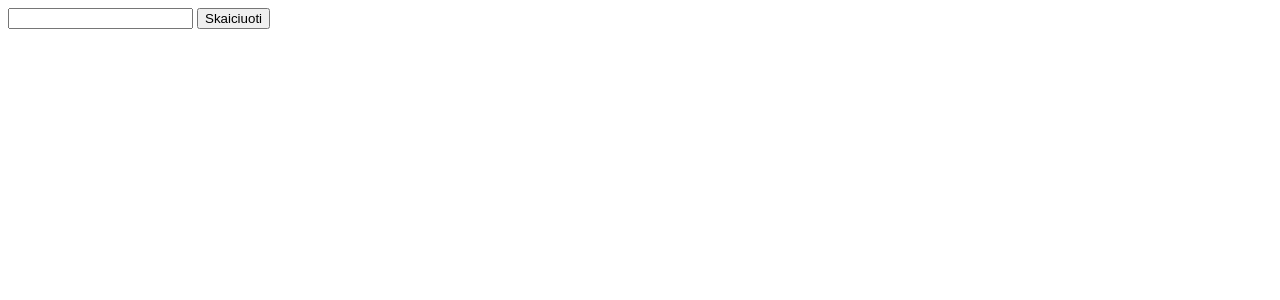
Repository: motiejus1/04-paskaita-PHP-05.31
Page: http://localhost/skaiciuotuvas.php
The author's editor kept a copy of each file at every save. The page is drawn from the files as they stood at one save, then again after the next save.
The browser window is 1280 px wide. The pictures show the whole page.
The page is run by PHP 8.4 with error messages shown; the project is at /var/www/html/.

Above is the page before, as saved 2021-07-28 20:54:30.

### skaiciuotuvas.php
<!DOCTYPE html>
<html lang="en">
<head>
    <meta charset="UTF-8">
    <meta http-equiv="X-UA-Compatible" content="IE=edge">
    <meta name="viewport" content="width=device-width, initial-scale=1.0">
    <title>Skaiciuotuvas</title>
</head>
<body>

    <form action="skaiciuotuvas.php" method="get">
        <input type="text" name ="aritmetika" />
        <button type="submit" name="patvirtinti">Skaiciuoti</button>
    </form>

    <?php

    //setcookie;

    //
    //masyvas, skaicius, tekstas, objektas, kitas sausainiukas

    // setcookie("laikinojiatmintis", 8, time() + 3600 , "/");

    // echo time();
    //$lainojiatmintis = 8


    //Funkcijos, Cookies

    function skaiciavimoFunkcija($simbolis, $aritmetika ) {
        $duomenuMasyvas = explode($simbolis, $aritmetika);

        // var_dump($duomenuMasyvas);
        $duomenuMasyvas[2] = $simbolis;

        //Kintamuju sukeitimas pasitelkian pagalbini kintamaji
        $pagalbinis = $duomenuMasyvas[2];// +
        $duomenuMasyvas[2] = $duomenuMasyvas[1];
        $duomenuMasyvas[1] = $pagalbinis;
        if($simbolis == "+") {
            return $duomenuMasyvas[0] + $duomenuMasyvas[2];
        } else if($simbolis == "-") {
            return $duomenuMasyvas[0] - $duomenuMasyvas[2];
        } else if($simbolis == "/") {
            return $duomenuMasyvas[0] / $duomenuMasyvas[2];
        } else if($simbolis == "*") {
            return $duomenuMasyvas[0] * $duomenuMasyvas[2];
        } else if($simbolis == "%") {
            return $duomenuMasyvas[0] % $duomenuMasyvas[2];
        }
        return "Veiksmo neimanoma atlikt";
    }

    if(isset($_GET["patvirtinti"])) {
        if(isset($_GET["aritmetika"]) && !empty($_GET["aritmetika"])) {
            $aritmetika = $_GET["aritmetika"];

            // " " - tai yra simbolis
            //Galbut funkcija, kuri leistu ieskoti tam tikru simboliu ir juos panaikinti?
            //str_replace - ji randa mums norima simboli, ir ta surasta simboli pakeisti

            $aritmetika = str_replace(" ","",$aritmetika);

            $rezultatas = 0;
            $duomenuMasyvas = 0;
            // +
            // teksta => masyva
            // 4+5 [4, '+', 5]
            // 150 - 3 [1,5,0,"",3]
            // $duomenuMasyvas = str_split($aritmetika, 1) //teksta i masyva i vienodas dalis
            // explode - teksta pavercia i masyva
            // suskaido i masyva pagal delimiter(simboli)

            //Paieska tekstineje eilute: ar yra simbolis + - / *
            //strpos - string position
            // ji iesko ar tekstineje eilute yra kazkoks musu nurodytas simbolis

            $simbolioPozicija = strpos($aritmetika,"+");
            // jeigu jinai neranda simbolio, grazinama false
            // jeigu simbolis yra surastas - grazina simbolio pozicija

            // 4+5 veikia 1
            // 10+5 nebeveikia pozicija? 2
            //patikrinti ne kurioje pozicija yra simbolis? o tiesiog ar musu
            //kintamasis yra !false

            //ar simbolis ir kad simbolis viena karta
            //substr_count - substring count, grazina tik skaiciu
            //skaiciuoja kiek kartu pasikartoja tekstas/simbolis tekstineje eiluteje

            // $simboliuSk = substr_count($tekstas, "+");

            // echo "Pliusu skaicius: ".$pliusuSk;

            if(strpos($aritmetika,"+") != false && substr_count($aritmetika, "+") == 1) {
                $rezultatas = skaiciavimoFunkcija("+", $aritmetika);
            } else if(strpos($aritmetika,"-") != false && substr_count($aritmetika, "-") == 1) {
                $rezultatas = skaiciavimoFunkcija("-", $aritmetika);
            } else if(strpos($aritmetika,"/") != false && substr_count($aritmetika, "/") == 1) {
                $rezultatas = skaiciavimoFunkcija("/", $aritmetika);
            } else if(strpos($aritmetika,"*") != false && substr_count($aritmetika, "*") == 1) {
                $rezultatas = skaiciavimoFunkcija("*", $aritmetika);
            } else if(strpos($aritmetika,"%") != false && substr_count($aritmetika, "%") == 1) {
                $rezultatas = skaiciavimoFunkcija("%", $aritmetika);
            } else {
                $rezultatas = "Veiksmo zenklas neteisingas";
            }

            //PHP echo komanda jeigu true/false kintamaji - 1 arba tuscia eilute
            //var_dump - mes galime isvedineti masyvus
            //var_dump - bet koki kintamaji, kad patikrintume kokio jisai yra tipo

            //isaugodami informacija i cookie, mes dar turim atsiminti ir jo paties reiksme


            setcookie("aritmetika", $_COOKIE["aritmetika"].$aritmetika, time() + 3600 , "/");
            setcookie("rezultatas", $rezultatas, time() + 3600 , "/");

            //Nezinome kaip ji isvesti

            echo "<div>";
            echo "Skaiciai is laikinosios atminties:<br>";
            echo $_COOKIE["aritmetika"];
             echo $_COOKIE["rezultatas"];
            echo "</div>";

            echo "<div>";
            echo $aritmetika;
            echo "</div>";

            echo "<div>";
            echo $rezultatas;
            echo "</div>";

        } else {
            echo "Laukelis tuscias";
        }
    }

    // $_GET["patvirtinti"] = // true arba false reiksmes
    // jei mygtukas buvo paspaustas - true
    //jei ne - false



    // 1. Užduotis "Skaičiuotuvas"

    // Sukurti skaičiuotuvą.
    // Skaičiuotuve įvedami du skaičiai ir veiksmas ivedamas i ta pati laukeli.
    // Rezultatas išvedamas į div.

    //2. Papildyti Užduotis "Skaičiuotuvas" taip,
    // kad rezultatas būtų atvaizduojamas tame pačiame lange

    //3. Turi buti matoma skaiciavimo istorija
    //Vieta, kurioje saugoma informacija
    //Duomenu baze
    //Cookies - sausainiukai - Duomenu failas

    //laikinasis duomenu failas, kuris yra saugomas narsykles aplanke ir jis saugo informacija,
    //tam tikra laiko tarpa


    ?>
</body>
</html>

After the next save:
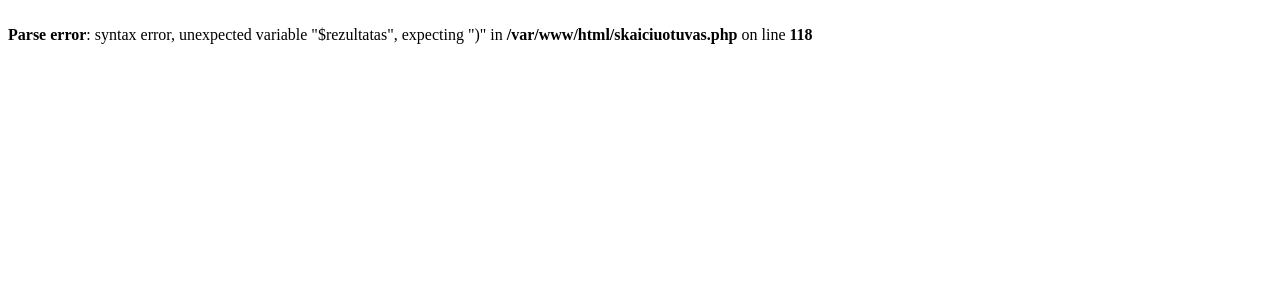
Saved 6 s later.
--- a/skaiciuotuvas.php
+++ b/skaiciuotuvas.php
@@ -115,7 +115,7 @@
 
 
             setcookie("aritmetika", $_COOKIE["aritmetika"].$aritmetika, time() + 3600 , "/");
-            setcookie("rezultatas", $rezultatas, time() + 3600 , "/");
+            setcookie("rezultatas", $_COOKIE["aritmetika"]$rezultatas, time() + 3600 , "/");
 
             //Nezinome kaip ji isvesti
 

After the 2 saves that followed:
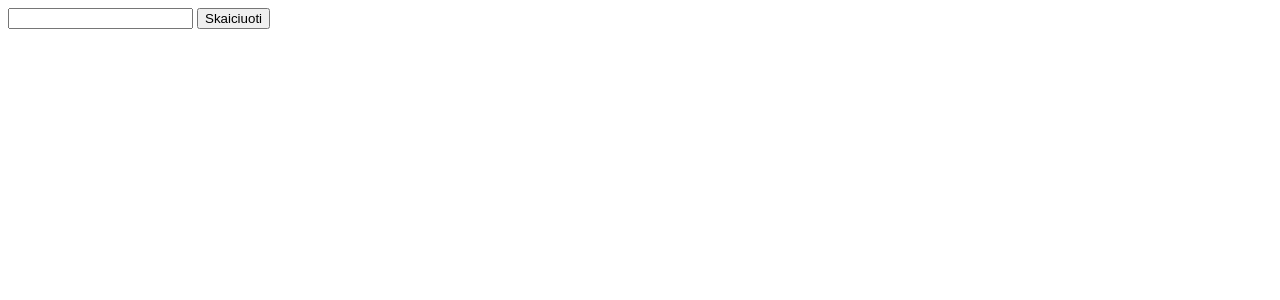
The 2 saves are shown as one change because they came seconds apart.
The last was saved 7 s later.
--- a/skaiciuotuvas.php
+++ b/skaiciuotuvas.php
@@ -115,7 +115,7 @@
 
 
             setcookie("aritmetika", $_COOKIE["aritmetika"].$aritmetika, time() + 3600 , "/");
-            setcookie("rezultatas", $_COOKIE["aritmetika"]$rezultatas, time() + 3600 , "/");
+            setcookie("rezultatas", $_COOKIE["rezultatas"].$rezultatas, time() + 3600 , "/");
 
             //Nezinome kaip ji isvesti
 
